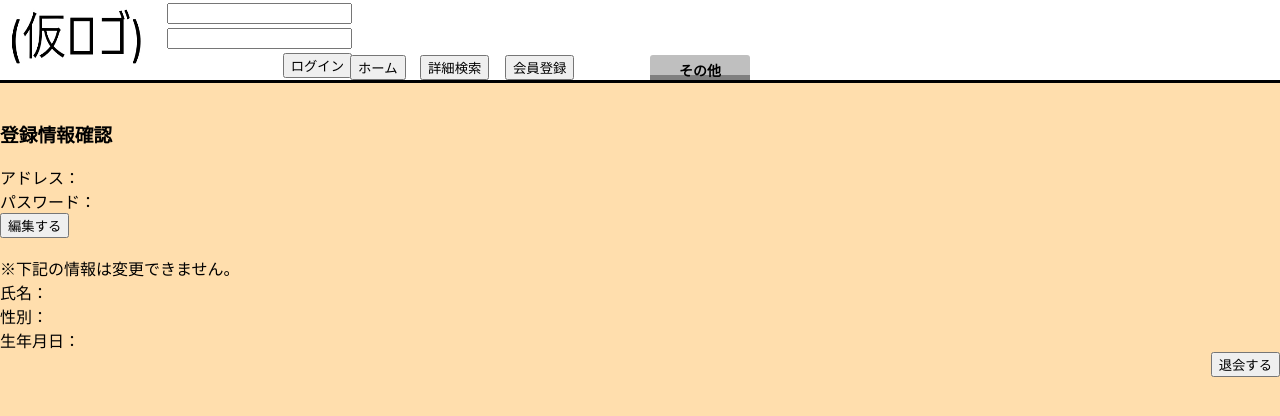
Repository: k0816/backup-master
Page: http://localhost/cycle/userInfo.jsp
The author's editor kept a copy of each file at every save. The page is drawn from the files as they stood at one save, then again after the next save.
The browser window is 1280 px wide. The pictures show the whole page.
The page is served by Tomcat 9. Other server files are loaded and not shown.

Above is the page before, as saved 2018-01-22 10:27:02.

### cycle/WebContent/userInfo.jsp
<%@ page language="java" contentType="text/html; charset=UTF-8"
	pageEncoding="UTF-8"%>
<%@ taglib prefix="s" uri="/struts-tags"%>

<!DOCTYPE html PUBLIC "-//W3C//DTD HTML 4.01 Transitional//EN" "http://www.w3.org/TR/html4/loose.dtd">
<html>
<head>
<meta http-equiv="Content-Type" content="text/html; charset=UTF-8">
<title>登録情報</title>
<script>
function UserInfoDeleteAction(){
    document.getElementById('form').action="UserInfoDeleteCompleteAction";
}
</script>
</head>
<body>
	<jsp:include page="/include.jsp" flush="true" />

	<h3>登録情報確認</h3>

	<form id="form" name="form" action="UserInfoEditAction">
	アドレス：<s:property value="loginAddress" />
	<s:hidden name="loginAddress" value="%{loginAddress}"/>
	<br>
	パスワード：<s:property value="loginPassword" />
	<s:hidden name="loginPassword" value="%{loginPassword}"/><br>
		<input type="submit" value="編集する" /><br>
	</form>

    <br>※下記の情報は変更できません。<br>
	氏名：<s:property value="userName" />
	<s:hidden name="userName" value="%{userName}"/>
	<br>
	性別：<s:property value="gender" />
	<s:hidden name="gender" value="%{gender}"/>
	<br>
	生年月日：<s:date name="birthday" format="yyyy年MM月dd日" />
	<s:hidden name="birthday" value="%{birthday}"/>
    <br>

	<s:submit value="退会する" onclick="UserInfoDeleteCompleteAction();"/>
</body>
</html>

### cycle/WebContent/include.jsp
<%@ page language="java" contentType="text/html; charset=UTF-8"
	pageEncoding="UTF-8"%>
<%@ taglib prefix="s" uri="/struts-tags"%>
<!DOCTYPE html PUBLIC "-//W3C//DTD HTML 4.01 Transitional//EN" "http://www.w3.org/TR/html4/loose.dtd">
<html>
<head>
<meta http-equiv="Content-Type" content="text/html; charset=utf-8" />
<meta http-equiv="Content-Style-Type" content="text/css" />
<meta http-equiv="Content-Script-Type" content="text/javascript" />
<meta http-equiv="imagetoolbar" content="no" />
<meta name="description" content="" />
<meta name="keywords" content="" />
<title>JSP共通設定</title>
<style type="text/css">

#header {
	width: 100%;
	height: 80px;
	background-color: white;
	border-bottom: 3px solid black;
	/* position: fixed; */
}

#welcome {
	position: absolute;
	left: 160px;
	top: 0px;
}

.botan {
	position: absolute;
	top: 55px;
}

#home {
	position: absolute;
	left: 350px;
}

#search {
	position: absolute;
	left: 420px;
}

#createORmypage {
	position: absolute;
	left: 505px;
}

#other {
	position: absolute;
	left: 650px;
}

body {
	/* background: url("./image/wood.jpg"); */
	background: #FFDEAD;
	margin: 0;
	padding: 0;
}
/* ドロップダウンメニューについて */
#dropmenu {
	list-style-type: none;
	width: 100px;
	height: 20px;
	margin: 0px auto 0px;
	padding: 0;
	background: #bfbfbf;
	border-bottom: 5px solid #7f7f7f;
	border-radius: 3px 3px 0 0;;
}

#dropmenu li {
	position: relative;
	width: 100%;
	float: left;
	margin: 0;
	padding: 0;
	text-align: center;
}

#dropmenu li a {
	display: block;
	margin: 0;
	padding: 10px;
	color: black;
	font-size: 14px;
	font-weight: bold;
	line-height: 1;
	text-decoration: none;
}

#dropmenu li:hover>a {
	background: #bfbfbf;;
	color: #eff7b1;
}

#dropmenu>li:hover>a {
	border-radius: 3px 3px 0 0;
}

#dropmenu li ul {
	list-style: none;
	position: absolute;
	top: 100%;
	left: 0;
	margin: 0;
	padding: 0;
	border-radius: 0 0 3px 3px;
}

#dropmenu li ul li {
	overflow: hidden;
	width: 100%;
	height: 0;
	color: #fff;
	-moz-transition: .2s;
	-webkit-transition: .2s;
	-o-transition: .2s;
	-ms-transition: .2s;
	transition: .2s;
}

#dropmenu li ul li a {
	padding: 13px 13px;
	background: #bfbfbf;
	text-align: center;
	font-size: 12px;
	font-weight: normal;
}

#dropmenu li:hover ul li {
	overflow: visible;
	height: 38px;
	border-top: 1px solid #bfbfbf;
	border-bottom: 1px solid #616d0b;
}

#dropmenu li:hover ul li:first-child {
	border-top: 0;
}

#dropmenu li:hover ul li:last-child {
	border-bottom: 0;
}

#dropmenu li:hover ul li:last-child a {
	border-radius: 0 0 3px 3px;
}
</style>
</head>
<body>
	<div id="header">
          <a href="GoHomeAction"><img src="image\logotest.jpg" width="150" height="80"></a>

		<div id="welcome">  <!-- ログイン情報入力フォーム-->
			<s:if test="#session.loginUser != null">
ようこそ！<s:property value="#session.loginUser.getUserName()" escape="false" />様！
            </s:if>
            <s:else>
            <s:form id="form" name="form" action="LoginAction">
				<div id="address"><s:textfield name="loginAddress"/></div>
				<div id="password"><s:password name="loginPassword"/></div>
				<s:hidden name="userName" value='<s:property value="userName"/>'/>
				<s:hidden name="userId" value='<s:propety value="userId"/>'/>
				<div id="login"><s:submit value="ログイン"/></div>
			</s:form>
            </s:else>
            </div>

	<div class="botan">
			<div id="home">
				<form action="GoHomeAction">
					<input type="submit" value="ホーム" />
				</form>
			</div>
			<div id="search">
				<form action="PartySearchAction">
					<input type="submit" value="詳細検索" />
				</form>
			</div>
			<div id=createORmypage>
			<s:hidden name="loginAddress" value="%{loginAddress}"/>
			<s:hidden name="loginPassword" value="%{loginPassword}"/>
			<s:hidden name="userId" value="%{userId}"/>
			<s:hidden name="userName" value="%{userName}"/>
			<s:if test="#session.loginUser !=null">
				<ul id="dropmenu">
					<li><a href="#">マイページ</a>
						<ul>
							<li><a href="NicePartyListAction">いいね！</a></li>
							<li><a href="PartyJoinHistoryAction">参加履歴</a></li>
							<li><a href="UserInfoAction">登録情報確認</a></li>
							<li><a href="PartySearchNEWAction">商品検索</a></li>

						</ul>
					</li>
				</ul>
			</s:if>
			<s:else>
				<form action="UserCreateAction">
					<input type="submit" value="会員登録" />
				</form>
			</s:else>
			</div>

		<!-- ドロップダウンメニュー -->
		<div id="other">
		<ul id="dropmenu">
			<li><a href="#">その他</a>
				<ul>
					<li><a href="ToNewUserAction">お知らせ</a></li>
					<li><a href="ToNewUserAction">初めての方へ</a></li>
					<li><a href="#">会社概要</a></li>
					<li><a href="#">お問い合わせ</a></li>
					<li><s:if test="#session.loginUser !=null">
							<a href="LogoutAction">ログアウト</a>
						</s:if></li>
				</ul>
			</li>
		</ul>
		</div>
	</div>
	</div>
	<br>
</body>
</html>

After the next save:
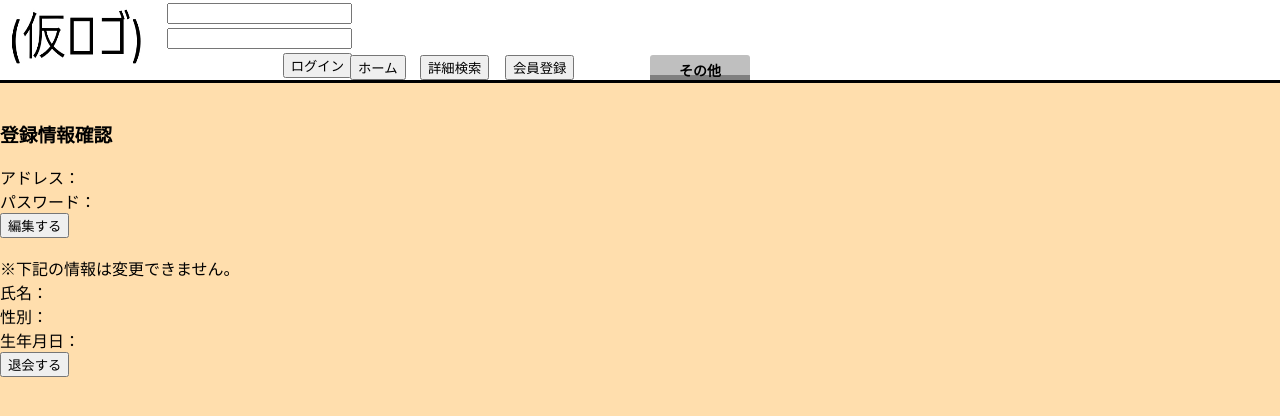
Saved 4 min 8 s later.
--- a/cycle/WebContent/userInfo.jsp
+++ b/cycle/WebContent/userInfo.jsp
@@ -38,6 +38,9 @@ function UserInfoDeleteAction(){
 	<s:hidden name="birthday" value="%{birthday}"/>
     <br>
 
-	<s:submit value="退会する" onclick="UserInfoDeleteCompleteAction();"/>
+	<!--  <s:submit value="退会する" onclick="UserInfoDeleteCompleteAction();"/> -->
+	 <a href='<s:url action="UserInfoDeleteCompleteAction"><s:param name="userId" value="%{userId}"/></s:url>'>
+            <input type="submit" value="退会する" />
+            </a>
 </body>
 </html>
